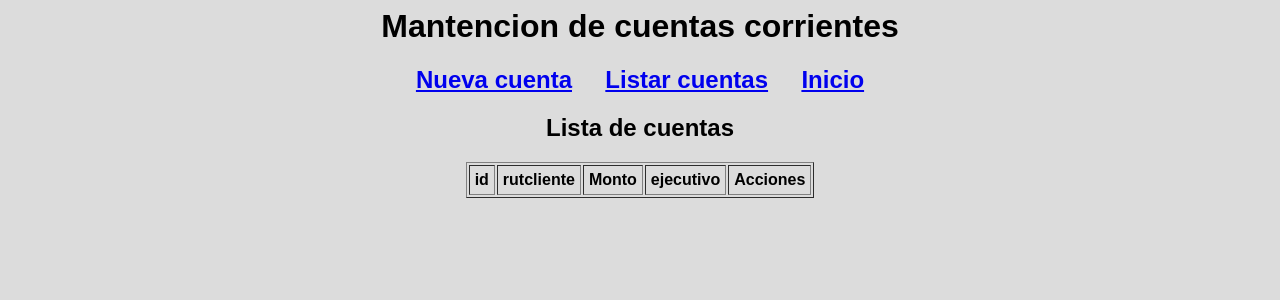
Repository: miguelalvarezcl/examen
Page: http://localhost/CtaCorriente/listCuentabd
The author's editor kept a copy of each file at every save. The page is drawn from the files as they stood at one save, then again after the next save.
The browser window is 1280 px wide. The pictures show the whole page.
The page is served by Tomcat 9. Queries for data that is not in the repository find no rows.

Above is the page before, as saved 2021-11-13 02:05:08.

After the next save:
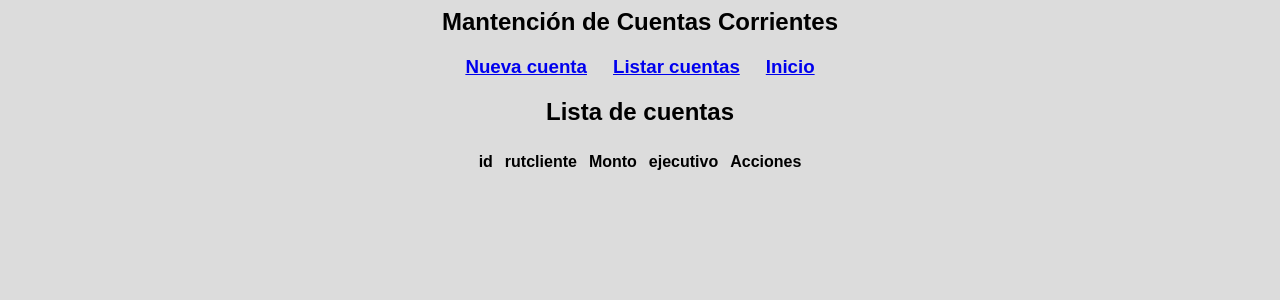
Saved 76 s later.
--- a/CtaCorriente/WebContent/ListaCuentas.jsp
+++ b/CtaCorriente/WebContent/ListaCuentas.jsp
@@ -7,17 +7,17 @@
 </head>
 <body>
     <center>
-        <h1>Mantencion de cuentas corrientes</h1>
-        <h2>
+        <h2>Mantención de Cuentas Corrientes</h2>
+        <h3>
             <a href="/CtaCorriente/newcuenta">Nueva cuenta</a>
             &nbsp;&nbsp;&nbsp;
             <a href="/CtaCorriente/listCuentabd">Listar cuentas</a>
             &nbsp;&nbsp;&nbsp;
             <a href="/CtaCorriente/home.jsp">Inicio</a>
-        </h2>
+        </h3>
     </center>
     <div align="center">
-        <table border="1" cellpadding="5">
+        <table border="0" cellpadding="5">
             <h2>Lista de cuentas</h2>
             <tr>
                 <th>id</th>
